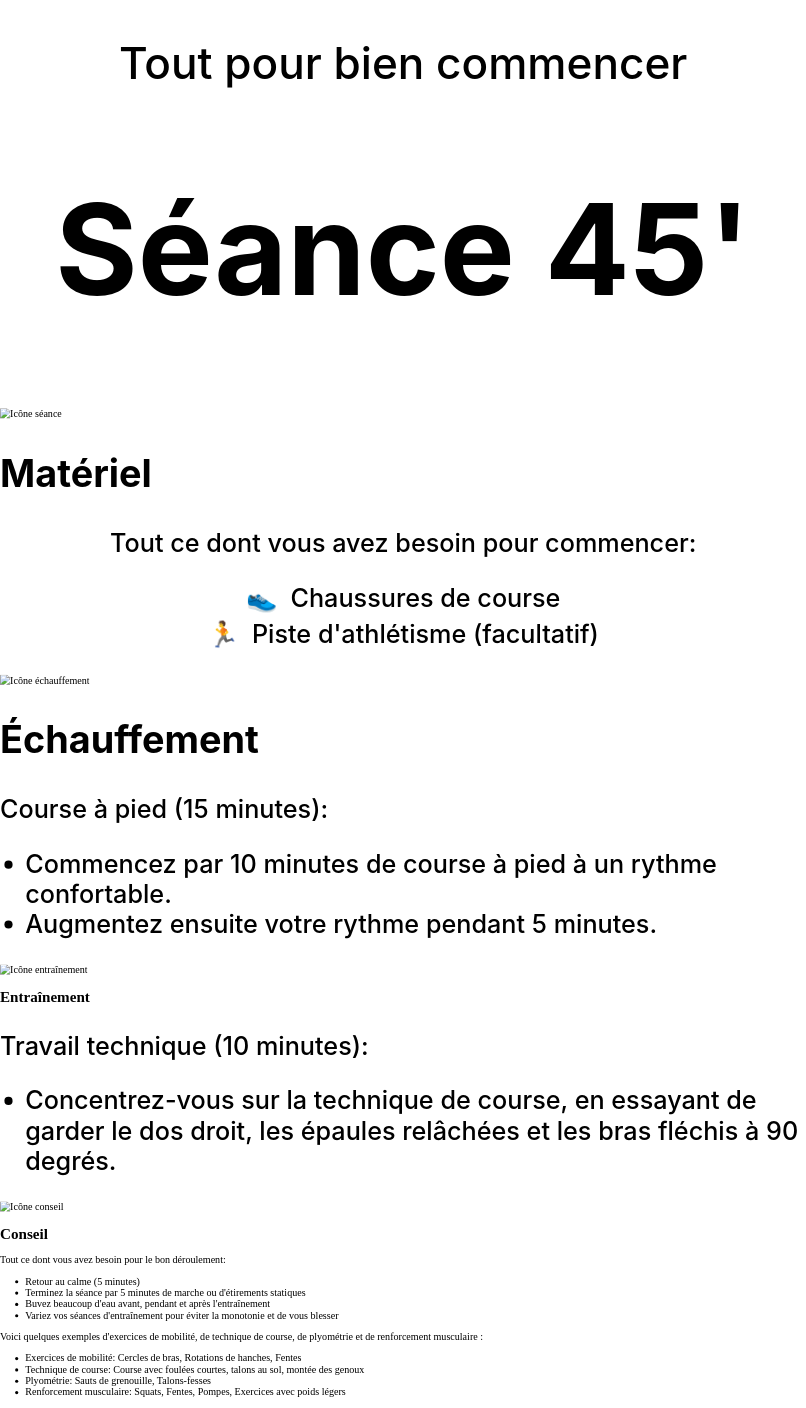
Repository: AdilGHAZAL/MosaiqueWebdoc
Page: /
These files come from the project's save history. The page is drawn as it stood at one moment and after the next save; the edit follows.
The browser window is 1280 px wide. The pictures show the whole page, at 63% of full size.
Some web fonts or font styles are not loaded; a fallback is used. The project was rebuilt for these pictures with package versions that can differ from the ones it lists, and the page was loaded fresh each time. Also part of the build but not shown: vite.config.js, src/App.css, src/components/Navbar.css, src/components/Navbar.jsx, src/components/Athletes.css, src/components/Athletes.jsx, src/components/Athletes2.jsx, src/components/Athletes3.jsx and 18 more.

Above is the page before, as saved 2024-05-02 17:06:01.

### index.html
<!doctype html>
<html lang="en">
  <head>
    <meta charset="UTF-8" />
    <link rel="icon" type="image/svg+xml" href="./src/logos/logoMosaique.svg" />
    <meta name="viewport" content="width=device-width, initial-scale=1.0" />
    <title>Mosaique</title>
    <link rel="preconnect" href="https://fonts.googleapis.com">
<link rel="preconnect" href="https://fonts.gstatic.com" crossorigin>
<link href="https://fonts.googleapis.com/css2?family=Mina:wght@400;700&display=swap" rel="stylesheet">
  </head>
  <body>
    <div id="root"></div>
    <script type="module" src="/src/main.jsx"></script>
  </body>
</html>

### src/App.jsx
// App.jsx
import React from 'react';
import { BrowserRouter as Router, Routes, Route} from 'react-router-dom';
import './App.css'; // Import the CSS file
import HomePage from './components/HomePage';
import Athlete1 from './Athelete1/Athlete1'; // Import the NouvellePage component
import LoginScreen from './LoginScreen';
import MainView from './backoffice';
import TrainingPage from './TrainingPage';
const App = () => {
    return (
        <Router>

                <Routes>
                    <Route path="/" element={<TrainingPage/>} />
                    <Route path="/Athlete1" element={<Athlete1/>} />
                    <Route path="/login" element={<LoginScreen/>  }/>
                    <Route path='/backoffice'element={<MainView/>}/>
                </Routes>

        </Router>
    );
};

export default App;

### src/index.css
:root {
  --rose: #E9257F

}

### src/TrainingPage.jsx
import React from 'react';
import './TrainingPage.css';  // Assurez-vous que le chemin vers le fichier CSS est correct

const TrainingPage = () => {
  return (
    <div className="containerTraining">
      <section className="session-info">
        <h2>Tout pour bien commencer</h2>
      </section>

      <div className="sectionMaterial">
        <h1>Séance 45'</h1>
        <img src="" alt="Icône séance" />
        <h2>Matériel</h2>
        <p>Tout ce dont vous avez besoin pour commencer:</p>
        <ul>
          <li><span className="icon">&#128095;</span> Chaussures de course</li>
          <li><span className="icon">&#127939;</span> Piste d'athlétisme (facultatif)</li>
        </ul>
      </div>

      <div className="sectionWarmUp">
        <img src="" alt="Icône échauffement" />
        <h2>Échauffement</h2>
        <div>
          <p>Course à pied (15 minutes):</p>
          <ul>
            <li>Commencez par 10 minutes de course à pied à un rythme confortable.</li>
            <li>Augmentez ensuite votre rythme pendant 5 minutes.</li>
          </ul>
        </div>
      </div>

      <div className="sectionTraining">
        <img src="" alt="Icône entraînement" />
        <h2>Entraînement</h2>
        <div>
          <p>Travail technique (10 minutes):</p>
          <ul>
            <li>Concentrez-vous sur la technique de course, en essayant de garder le dos droit, les épaules relâchées et les bras fléchis à 90 degrés.</li>
          </ul>
        </div>
      </div>

      <div className="sectionAdvice">
        <img src="" alt="Icône conseil" />
        <h2>Conseil</h2>
        <div>
          <p>Tout ce dont vous avez besoin pour le bon déroulement:</p>
          <ul>
            <li>Retour au calme (5 minutes)</li>
            <li>Terminez la séance par 5 minutes de marche ou d'étirements statiques</li>
            <li>Buvez beaucoup d'eau avant, pendant et après l'entraînement</li>
            <li>Variez vos séances d'entraînement pour éviter la monotonie et de vous blesser</li>
          </ul>
          <p>Voici quelques exemples d'exercices de mobilité, de technique de course, de plyométrie et de renforcement musculaire :</p>
          <ul>
            <li>Exercices de mobilité: Cercles de bras, Rotations de hanches, Fentes</li>
            <li>Technique de course: Course avec foulées courtes, talons au sol, montée des genoux</li>
            <li>Plyométrie: Sauts de grenouille, Talons-fesses</li>
            <li>Renforcement musculaire: Squats, Fentes, Pompes, Exercices avec poids légers</li>
          </ul>
        </div>
      </div>
    </div>
  );
};

export default TrainingPage;

### src/components/HomePage.css
/* App.css */
body {
    margin: 0;
    background-color: #ffffff;
    color: #000000;
    display: flex;
    flex-direction: column;
    align-items: center;
    justify-content: center;
    min-height: 100vh;

  }

  .app-container {
      font-family: "SF Pro Display-Medium", Helvetica;
    width: 100vw;
    height: 100%;
    min-height: 100vh;
    /*  background-image: url('./assets/ub1.png');*/
    display: flex;
    flex-direction: column;
    margin: auto;
    background-color: #ffffff;
  }

  .main-title {
    font-family: 'SF Pro Display', sans-serif;
    font-size: 70px;
    font-weight: 500;
    line-height: 83.54px;
    text-align: center;
    margin-top: 100px;
  }

  .bold-text {
    font-weight: 700;
  }

  .content {
    padding: 20px;
    width: 100%;
    max-width: 1200px;
    margin: auto;

  }

  .UBimage {
    width: auto;
  }

  .bottom-text {
    font-size: 18px;
    text-align: center;
    margin-top: 30px;
  }
  .scroll-reveal > * {
    /* text-align: justify; */
    display: inline;
    color:hsl(0deg 22.14% 64.8% / 20%);
    font-size: 60px;
    font-weight: 500;
    background-clip: text;
    background-repeat: no-repeat;
    background-size: 0% 100%;
    background-image: linear-gradient( #E9257F, #ce1f71 );
    animation: scroll-reveal linear forwards;
    animation-timeline: view();
  }

  .scroll-text {

    text-align: justify;
  }
  @keyframes scroll-reveal {
    to {
      background-size: 100% 100%;
    }
  }
  .scroll-reveal p {
    /* font-family: SF Pro Display; */


  }

  .scrollPhotos {
    display: flex;
    justify-content: flex-start; /* Align photos to the maximum left */
    width: 100%;
    overflow-x: auto; /* Enable horizontal scrolling if photos exceed container width */
    padding: 20px 0; /* Optional padding */
  }

### src/TrainingPage.css
/* Styles pour "Tout pour bien commencer" */
.session-info h2 {
    font-family: 'SF Pro Display', sans-serif;
    font-size: 70px;
    font-weight: 500;
    line-height: 83.54px;
    text-align: center;
  }

  /* Styles pour "Séance 45'" */
  .sectionMaterial h1 {
    font-family: 'SF Pro Display', sans-serif;
    font-size: 200px;
    font-weight: 700;
    line-height: 238.67px;
    text-align: center;
  }

  /* Styles pour "Matériel" */
  .sectionMaterial h2 {
    font-family: 'SF Pro Display', sans-serif;
    font-size: 60px;
    font-weight: 700;
    line-height: 71.6px;
    text-align: justify; /* Notez que 'justify' n'est pas valide pour 'text-align', vous voudriez peut-être utiliser 'justified' dans une classe différente si c'est nécessaire */
  }

  /* Styles pour "Tout ce dont vous avez besoin pour commencer:" et la liste */
  .sectionMaterial p, .sectionMaterial ul {
    font-family: 'SF Pro Display', sans-serif;
    font-size: 40px;
    font-weight: 500;
    line-height: 47.73px;
    text-align: center;
  }

  /* Styles additionnels pour la liste pour garder les icônes alignées */
  .sectionMaterial ul {
    padding: 0;
    list-style-type: none; /* Enlève les puces de la liste */
  }

  .sectionMaterial li {
    margin-bottom: 10px; /* Espacement entre les éléments de la liste */
  }

  .sectionMaterial .icon {
    font-size: 40px; /* Assure que les icônes ont la même taille de police que le texte */
    margin-right: 10px; /* Espacement entre l'icône et le texte */
  }
  .sectionWarmUp h2 {
    font-family: 'SF Pro Display', sans-serif;
    font-size: 60px;
    font-weight: 700;
    line-height: 71.6px;
    text-align: justify; /* Note: 'justify' n'est pas typiquement utilisé pour les titres, envisagez 'left', 'center', ou 'right' */
  }
  .sectionWarmUp div p, .sectionWarmUp div ul {
    font-family: 'SF Pro Display', sans-serif;
    font-size: 40px;
    font-weight: 700; /* pour le texte plus gras */
    line-height: 47.73px;
    text-align: left;
  }

  .sectionWarmUp div p, .sectionWarmUp div ul li {
    font-family: 'SF Pro Display', sans-serif;
    font-size: 40px;
    font-weight: 500; /* pour le texte moins gras */
    line-height: 47.73px;
    text-align: left;
  }
  .sectionTraining div p, .sectionTraining div ul {
    font-family: 'SF Pro Display', sans-serif;
    font-size: 40px;
    font-weight: 700; /* pour le texte plus gras */
    line-height: 47.73px;
    text-align: left;
  }

  .sectionTraining div p, .sectionTraining div ul li {
    font-family: 'SF Pro Display', sans-serif;
    font-size: 40px;
    font-weight: 500; /* pour le texte moins gras */
    line-height: 47.73px;
    text-align: left;
  }

Loaded but not shown: src/main.jsx (common file)

After the next save:
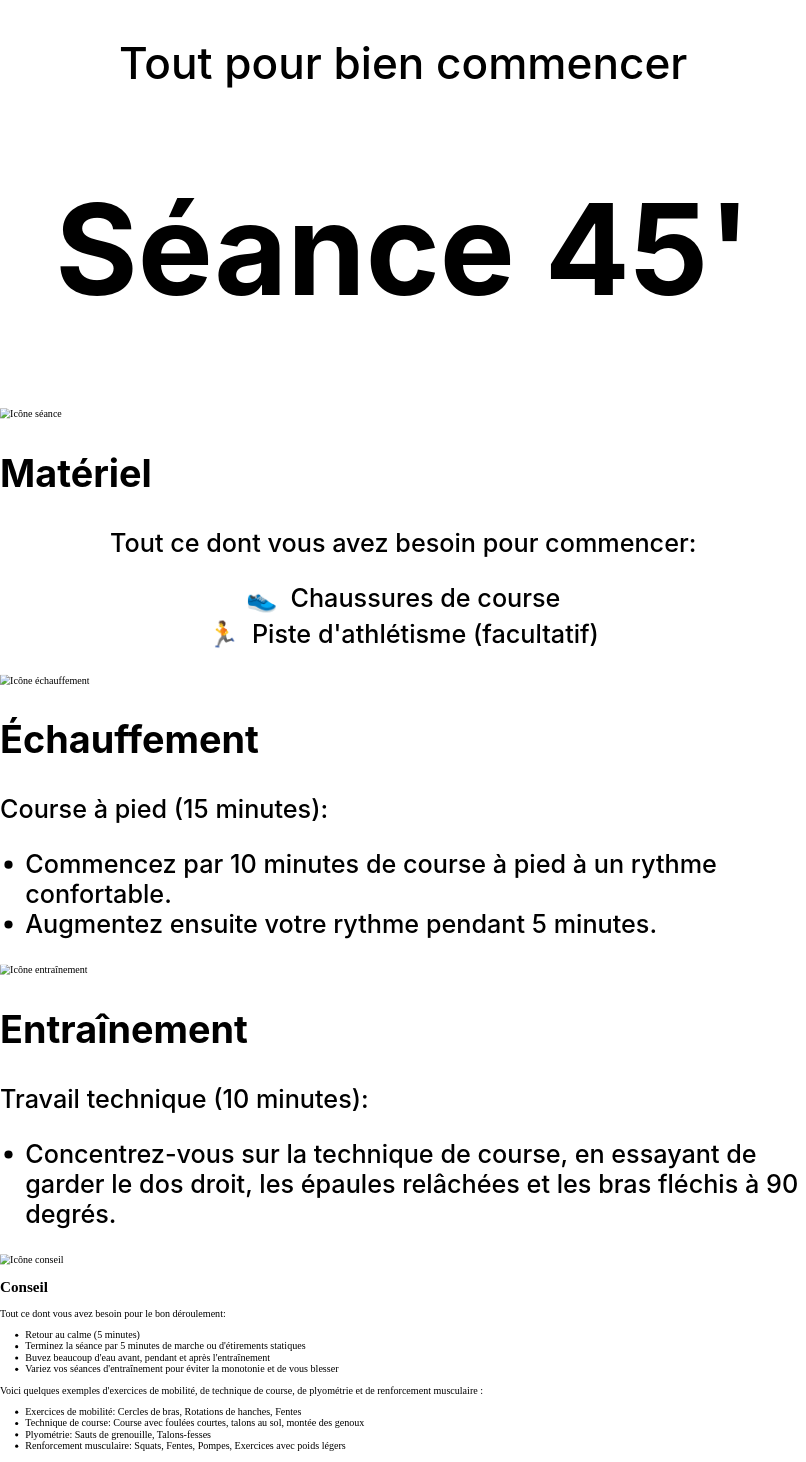
Saved 50 s later.
--- a/src/TrainingPage.css
+++ b/src/TrainingPage.css
@@ -70,6 +70,13 @@
     line-height: 47.73px;
     text-align: left;
   }
+  .sectionTraining h2 {
+    font-family: 'SF Pro Display', sans-serif;
+    font-size: 60px;
+    font-weight: 700;
+    line-height: 71.6px;
+    text-align: justify; /* Note: 'justify' n'est pas typiquement utilisé pour les titres, envisagez 'left', 'center', ou 'right' */
+  }
   .sectionTraining div p, .sectionTraining div ul {
     font-family: 'SF Pro Display', sans-serif;
     font-size: 40px;
